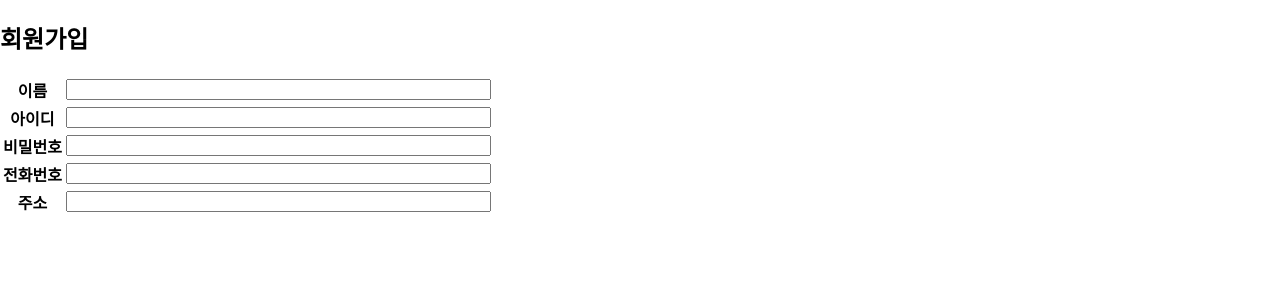
Repository: johwon/jspStudy
Page: jspStudy/src/main/webapp/member/member.html
The author's editor kept a copy of each file at every save. The page is drawn from the files as they stood at one save, then again after the next save.
The browser window is 1280 px wide. The pictures show the whole page.

Above is the page before, as saved 2024-12-03 07:46:47.

After the next save:
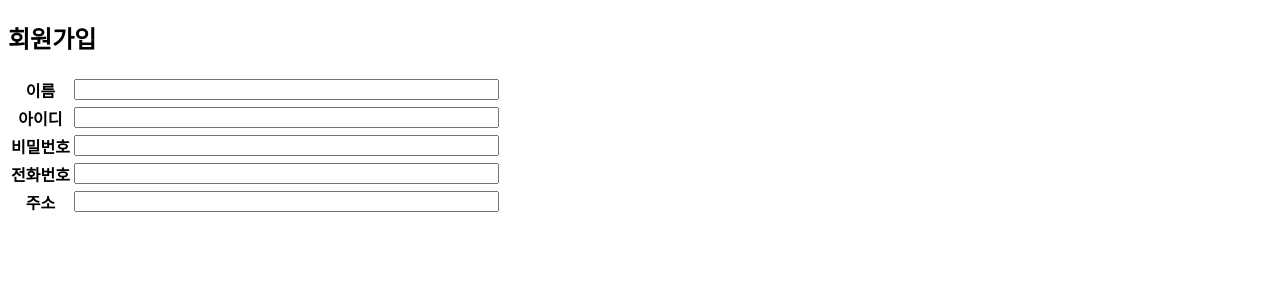
Saved 38 s later.
--- a/jspStudy/src/main/webapp/member/member.html
+++ b/jspStudy/src/main/webapp/member/member.html
@@ -5,33 +5,31 @@
 <title>회원가입</title>
 </head>
 <style>
-body {
-	margin: 0 auto;
-}
+
 </style>
 <body>
 	<h2>회원가입</h2>
-	<form method="post" , action="MemberInsert"></form>
+	<form method="post", action="MemberInsert"></form>
 	<table>
 		<tr>
 			<th>이름</th>
-			<td><input type="text" name="writer" size="50"></td>
+			<td><input type="text" name="name" size="50"></td>
 		</tr>
 		<tr>
 			<th>아이디</th>
-			<td><input type="text" name="writer" size="50"></td>
+			<td><input type="text" name="id" size="50"></td>
 		</tr>
 		<tr>
 			<th>비밀번호</th>
-			<td><input type="password" name="writer" size="50"></td>
+			<td><input type="password" name="password" size="50"></td>
 		</tr>
 		<tr>
 			<th>전화번호</th>
-			<td><input type="text" name="writer" size="50"></td>
+			<td><input type="text" name="tel" size="50"></td>
 		</tr>
 		<tr>
 			<th>주소</th>
-			<td><input type="text" name="writer" size="50"></td>
+			<td><input type="text" name="address" size="50"></td>
 		</tr>
 
 	</table>
